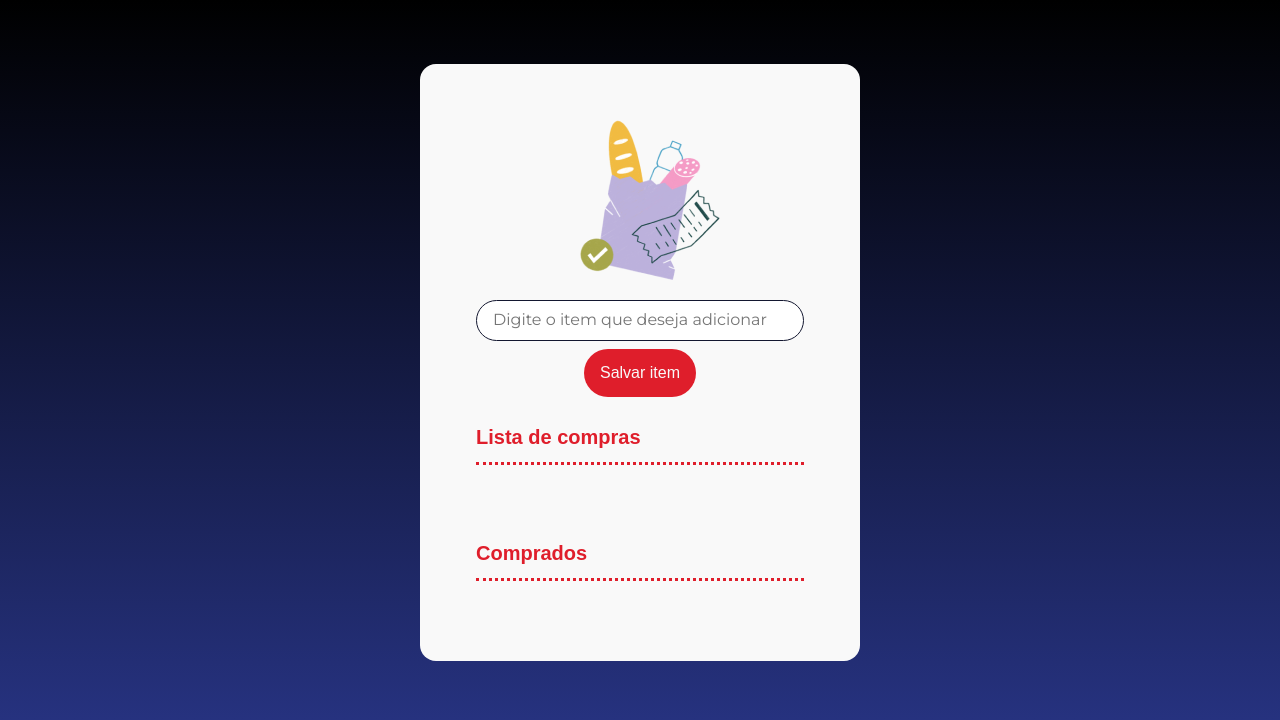
Repository: joaoPraiaJunior/compras_js
Page: index.html
An editor plug-in stored every save of this project. The page is shown before and after the next save, followed by the edit.
The browser window is 1280 px wide. The pictures show the whole page.
Some web fonts or font styles are not loaded; a fallback is used.

Above is the page before, as saved 2024-08-23 13:03:58.

### index.html
<!DOCTYPE html>
<html lang="pt-BR" dir="ltr">

<head>
    <meta charset="UTF-8">
    <meta name="viewport" content="width=device-width, initial-scale=1.0">
    <meta name="description" content="Lista de compras">
    <title>Lista de Compras</title>
    <link rel="preconnect" href="https://fonts.googleapis.com">
    <link rel="preconnect" href="https://fonts.gstatic.com" crossorigin>
    <link href="https://fonts.googleapis.com/css2?family=Krona+One&family=Montserrat&family=Numans&display=swap" rel="stylesheet">
    <link rel="stylesheet" href="./css/styles.css">
</head>

<body>
    <header>
        <img src="./img/bag.png" alt="sacola de compras">
    </header>
    <main>
        <form class="compras" data-js="form-compras">
            <input class="compras__campo" type="text" name="compra" placeholder="Digite o item que deseja adicionar" data-js="input-do-item" required>
            <button type="submit" class="compras__botao" data-js="botao-adicionar-item">Salvar item</button>
        </form>
        <h1>Lista de compras</h1>
        <hr>

        <ul class="lista" data-js="lista-de-compras">
            <!-- <li class="lista__item">
                <div class="lista__container">
                    <div class="lista__compra">
                        <label class="checkbox" for="item-1">
                            <input class="checkbox__input" type="checkbox" id="item-1">
                            Ração de gato
                            <span class="checkbox__customizado checked"></span>
                        </label>
                    </div>
                    <div class="botao">
                        <button class="botao__excluir"><img src="./img/delete.svg" alt="Deletar"></button>
                        <button class="botao__editar"><img src="./img/edit.svg" alt="Editar"></button>
                    </div>
                </div>
                <p class="lista__data">Segunda-feira (<time datetime="2024-08-22">22/08/2024</time>) às <time>08:30</time></p>
            </li> -->
        </ul>

        <h2>Comprados</h2>
        <hr>
    </main>
    <script src="./js/scripts.js"></script>
</body>

</html>

### css/styles.css
* {
    box-sizing: border-box;
    margin: 0;
    padding: 0;
}

html {
    font-size: 62.5%;
}

:root {
    --cor-primaria: #df1e2b;
    --cor-secundaria: #C2373F;
    --neutro: #F9F9F9;
    --preto: #131730;
    --fonte-titulo: "Krona One", sans-serif;
    --fonte-texto: 'Numans', sans-serif;
    --degrade-azul: linear-gradient(180deg, #000000 0%, #26327F 100%);
}

body {
    display: flex;
    flex-direction: column;
    align-items: center;
    background: var(--degrade-azul);
    background-repeat: no-repeat;
    font-size: 1.6rem;
    height: 100vh;
}

header {
    text-align: center;
    margin-top: 6.4rem;
    background-color: var(--neutro);
    border-radius: 1.6rem 1.6rem 0 0;
    padding: 5.6rem 5.6rem 1.6rem 5.6rem;
    width: 44.0rem;

}

main {
    display: flex;
    flex-direction: column;
    align-items: center;
    gap: 2.4rem;
    background-color: var(--neutro);
    border-radius: 0 0 1.6rem 1.6rem;
    padding: 0 5.6rem 5.6rem 5.6rem;
    width: 44.0rem;
}

h1, h2 {
    align-self: flex-start;
    font-family: var(--fonte-titulo);
    font-size: 2.0rem;
    color: var(--cor-primaria);
    line-height: 3.3rem;
}

hr {
    border: none;
    border-bottom: .3rem dotted var(--cor-primaria);
    margin-bottom: 2.4rem;
    width: 100%;
}

hr:empty {
    margin-top: calc(1.6rem * -1);
}

p, label {
    font-family: var(--fonte-texto);
    font-size: 1.8rem;
    font-weight: 400;
    text-align: left;
    line-height: 2.4rem;
}


.compras {
    display: flex;
    flex-direction: column;
    gap: .8rem;
    width: 100%;
}

.compras__campo {
    border: .1rem solid var(--preto);
    border-radius: 2.4rem;
    padding: 1.2rem 1.6rem;
}

.compras__campo::placeholder {
    font-family: "Montserrat", sans-serif;
    font-size: 1.6rem;
    line-height: 1.9rem;
}

.compras__botao {
    align-self: center;
    font-family: var(--fonte-texto);
    font-size: 1.6rem;
    line-height: 2.4rem;
    color: var(--neutro);
    background-color: var(--cor-primaria);
    border: none;
    border-radius: 2.4rem;
    padding: 1.2rem 1.6rem;
    cursor: pointer;
}

.lista {
    list-style: none;
    width: 100%;
}

.lista__item {
    margin-bottom: 1.0rem;
}

.lista__item:last-child {
    margin-bottom: 0;
}

.lista__container {
    display: flex;
    align-items: center;
    justify-content: space-between;
}

.lista__compra {
    display: flex;
    align-items: center;
}

.lista__etiqueta {
    cursor: pointer;
}

.lista__data {
    font-size: 1.2rem;
    line-height: 2.0rem;
}

.checkbox {
    display: flex;
    align-items: center;
    flex-direction: row-reverse;
    cursor: pointer;
}
.checkbox__input {
    opacity: 0;
    width: 0;
    height: 0;
}

.checkbox__customizado {
    background-color: var(--neutro);
    margin-right: .8rem;
    border: .1rem solid var(--preto);
    border-radius: .4rem;
    width: 2.0rem;
    height: 2.0rem;
    cursor: pointer
}

.checkbox__customizado--checked {
    position: relative;
    background-color: var(--preto);
}

.checkbox__customizado--checked::before {
    content: "";
    position: absolute;
    top: -10%;
    left: 30%;
    width: .5rem;
    height: 1.4rem;
    border-top: .2rem solid var(--neutro);
    border-left: .2rem solid var(--neutro);
    transform: rotate(-140deg);
}

.botao {
    display: flex;
    gap: 1.0rem;
}

.botao__excluir, .botao__editar {
    background-color: transparent;
    border: none;
    cursor: pointer;
}

### js/scripts.js
const elementos = {
    formCompras: '[data-js="form-compras"]',
    inputDoItem: '[data-js="input-do-item"]',
    listaDeCompras: '[data-js="lista-de-compras"]',
    labelDoCheckbox: '[data-js="label-do-checkbox"]',
    inputDoCheckbox: '[data-js="input-do-checkbox"]',
    checkBoxCustomizado: '[data-js="checkbox-customizado"]',
}

const formCompras = document.querySelector(elementos.formCompras);
const inputDoItem = document.querySelector(elementos.inputDoItem);
const listaDeCompras = document.querySelector(elementos.listaDeCompras);
let contadorDeItens = 0;


function adicionarItemDeCompra(evento) {
    evento.preventDefault();
    const itemDeCompra = inputDoItem.value;
    inputDoItem.value = '';
    contadorDeItens++;
    listaDeCompras.appendChild(criarItemDaLista(itemDeCompra));
}

function criarItemDaLista(itemDeCompra) {
    const liDaLista = document.createElement('li');
    const divContainer = document.createElement('div');
    const divListaDeCompras = document.createElement('div');
    const labelDoCheckbox = document.createElement('label');
    const inputCheckbox = document.createElement('input');
    const checkBoxCustomizado = document.createElement('span');
    const divBotao = document.createElement('div');
    const botaoExcluir = document.createElement('button');
    const botaoEditar = document.createElement('button');
    const iconeExcluir = document.createElement('img');
    const iconeEditar = document.createElement('img');
    const paragrafoData = document.createElement('p');
    const data = document.createElement('time');
    const horas = document.createElement('time');

    liDaLista.classList.add('lista__item');
    divContainer.classList.add('lista__container');
    divListaDeCompras.classList.add('lista__compra');
    labelDoCheckbox.classList.add('checkbox');
    inputCheckbox.classList.add('checkbox__input');
    checkBoxCustomizado.classList.add('checkbox__customizado');
    checkBoxCustomizado.dataset.js = 'checkbox-customizado';
    divBotao.classList.add('botao');
    botaoExcluir.classList.add('botao__excluir');
    botaoEditar.classList.add('botao__editar');

    labelDoCheckbox.setAttribute('for', `item-${contadorDeItens}`);
    labelDoCheckbox.dataset.js = 'label-do-checkbox';
    inputCheckbox.setAttribute('type', 'checkbox');
    inputCheckbox.dataset.js = 'input-do-checkbox';
    inputCheckbox.setAttribute('id', `item-${contadorDeItens}`);
    iconeExcluir.setAttribute('src', './img/delete.svg');
    iconeExcluir.setAttribute('alt', 'Botão de excluir item da lista de compras');
    iconeEditar.setAttribute('src', './img/edit.svg');
    iconeEditar.setAttribute('alt', 'Botão de editar item da lista de compras');

    liDaLista.appendChild(divContainer);
    divContainer.appendChild(divListaDeCompras);
    divListaDeCompras.appendChild(labelDoCheckbox);
    labelDoCheckbox.textContent = `${textoCapitalizado(itemDeCompra)}`;
    labelDoCheckbox.appendChild(inputCheckbox);
    labelDoCheckbox.appendChild(checkBoxCustomizado);
    divContainer.appendChild(divBotao);
    divBotao.appendChild(botaoExcluir);
    divBotao.appendChild(botaoEditar);
    botaoExcluir.appendChild(iconeExcluir);
    botaoEditar.appendChild(iconeEditar);

    checkboxMarcado(labelDoCheckbox);

    return liDaLista;
}

function checkboxMarcado(labelDoCheckbox) {
    labelDoCheckbox.addEventListener('click', function (evento) {
        const checkboxAlvo = evento.currentTarget.querySelector(elementos.inputDoCheckbox);
        const checkBoxcustomizadoAlvo = evento.currentTarget.querySelector(elementos.checkBoxCustomizado);

        if (checkboxAlvo.checked) {
            checkBoxcustomizadoAlvo.classList.add('checkbox__customizado--checked');
        } else {
            checkBoxcustomizadoAlvo.classList.remove('checkbox__customizado--checked');
        }
    });
}

function textoCapitalizado(itemDeCompra) {
    const palavras = itemDeCompra.split(' ');

    const palavrasCapitalizadas = palavras.map(function (palavra) {
        return palavra.charAt(0).toUpperCase() + palavra.slice(1).toLowerCase();
    });

    return palavrasCapitalizadas.join(' ');
}

formCompras.addEventListener('submit', adicionarItemDeCompra);

After the next save:
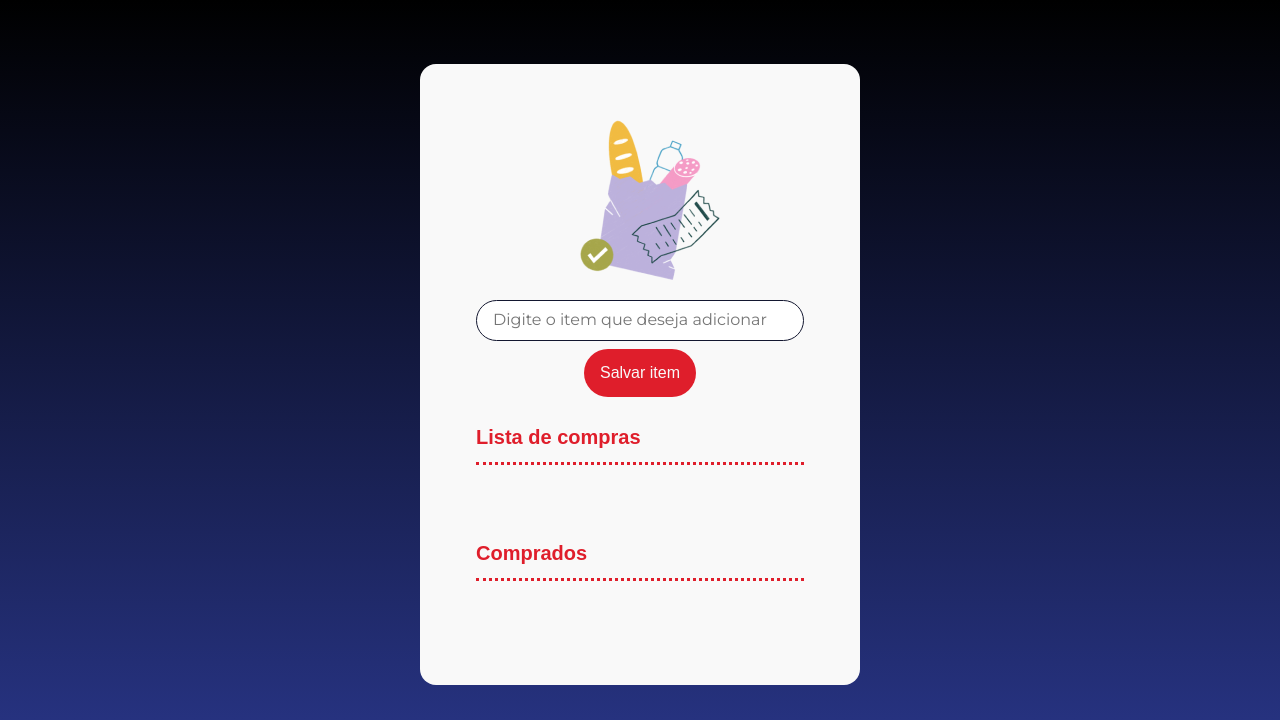
Saved 33 s later.
--- a/index.html
+++ b/index.html
@@ -45,6 +45,10 @@
 
         <h2>Comprados</h2>
         <hr>
+
+        <ul class="comprados">
+
+        </ul>
     </main>
     <script src="./js/scripts.js"></script>
 </body>
